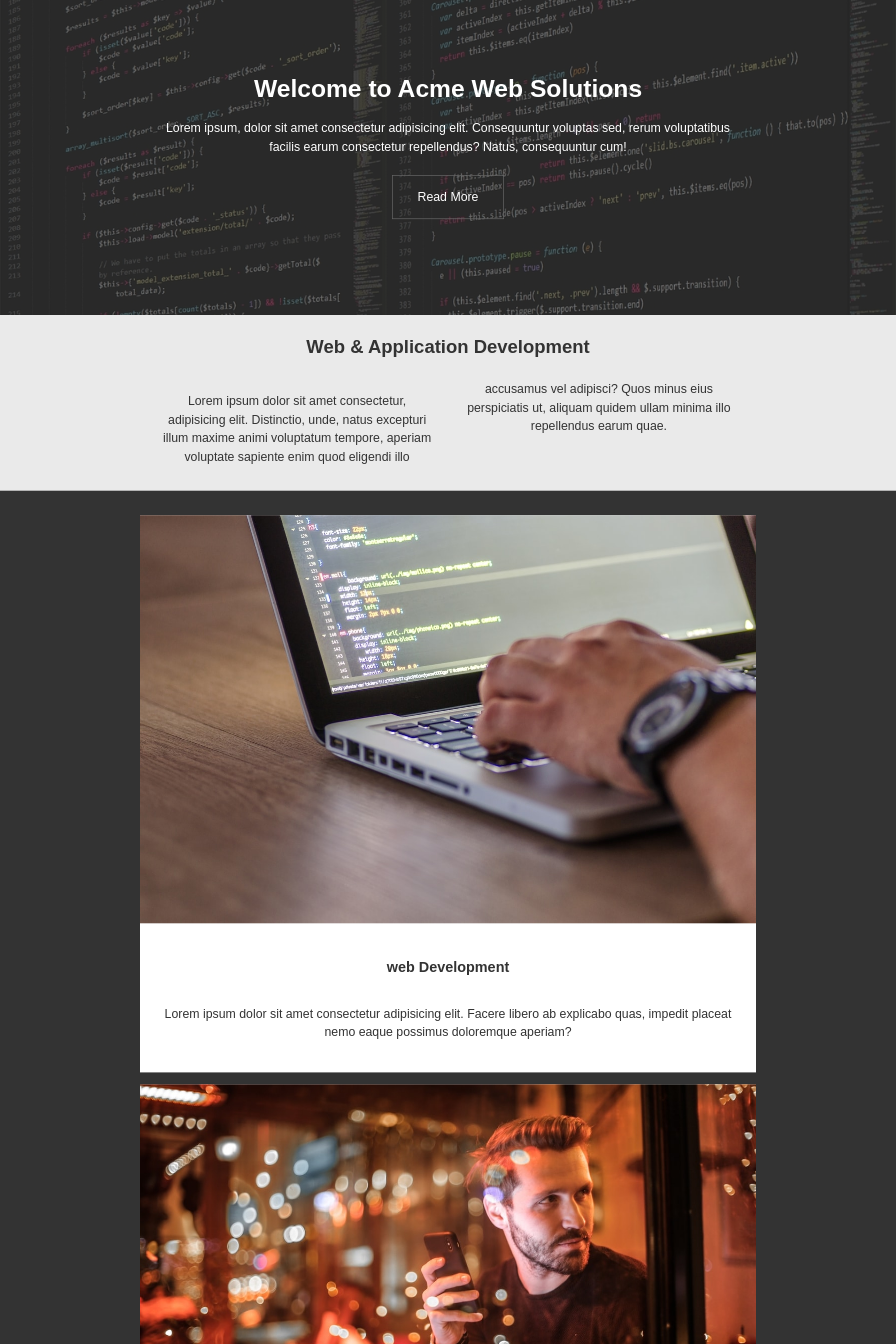
Repository: ErikBaer/MobileFirst
Page: index.html
These files come from the project's save history. The page is drawn as it stood at one moment and after the next save; the edit follows.
The browser window is 1280 px wide. The pictures show the part of the page from y = 0 to 1920 px (the page is 3922 px tall), at 70% of full size.

Above is the page before, as saved 2020-02-15 03:57:01.

After the next save:
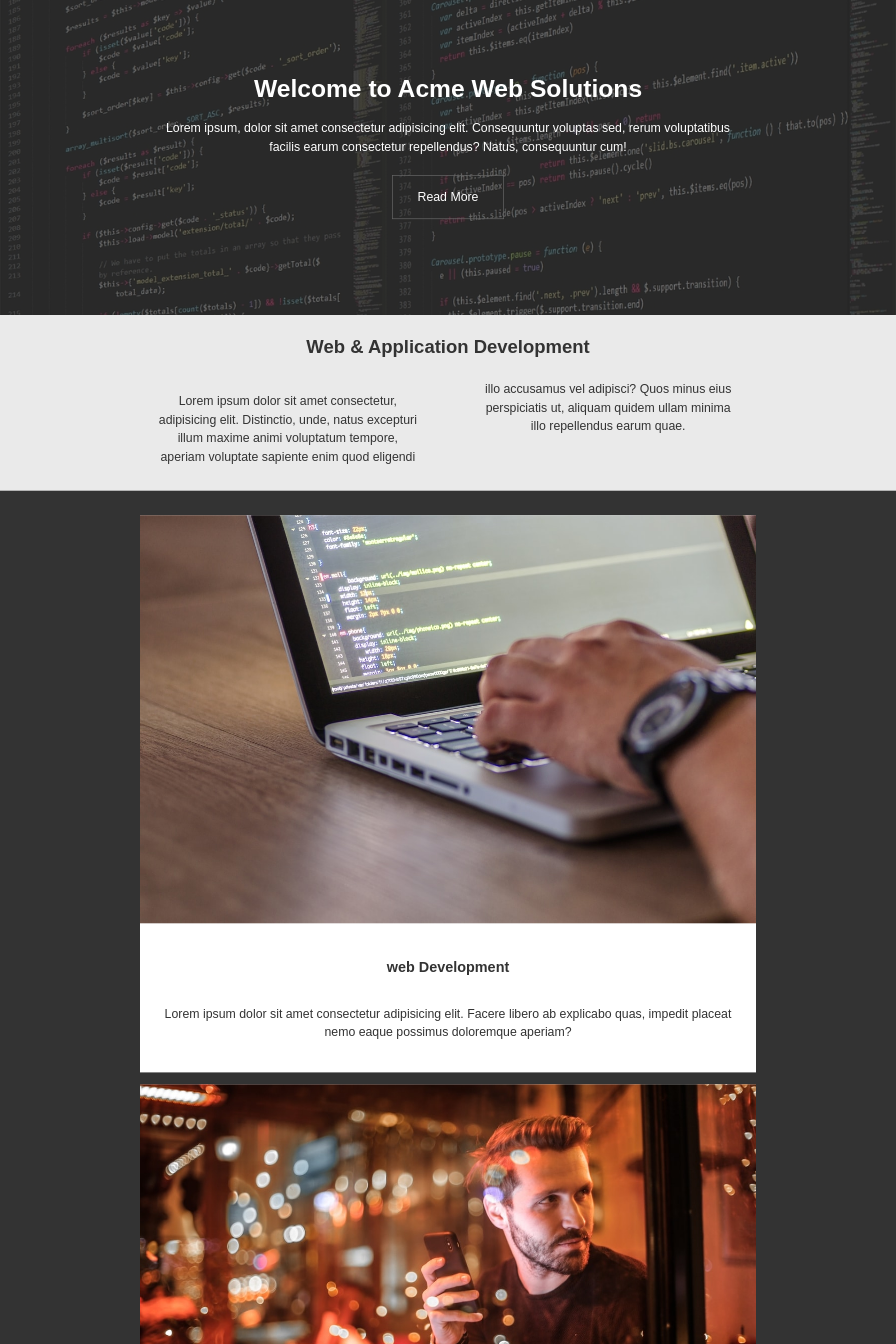
Saved 19 s later.
--- a/style.css
+++ b/style.css
@@ -145,7 +145,7 @@ p {
 
     #section-a .content-text {
         columns: 2;
-        column-gap: 2em;
+        column-gap: 5em;
     }
 
     .content-wrap,
@@ -155,6 +155,5 @@ p {
 
      .box, #main-footer div {
          grid-column: span 2;
-         column-gap: 5em;
      }
 }
